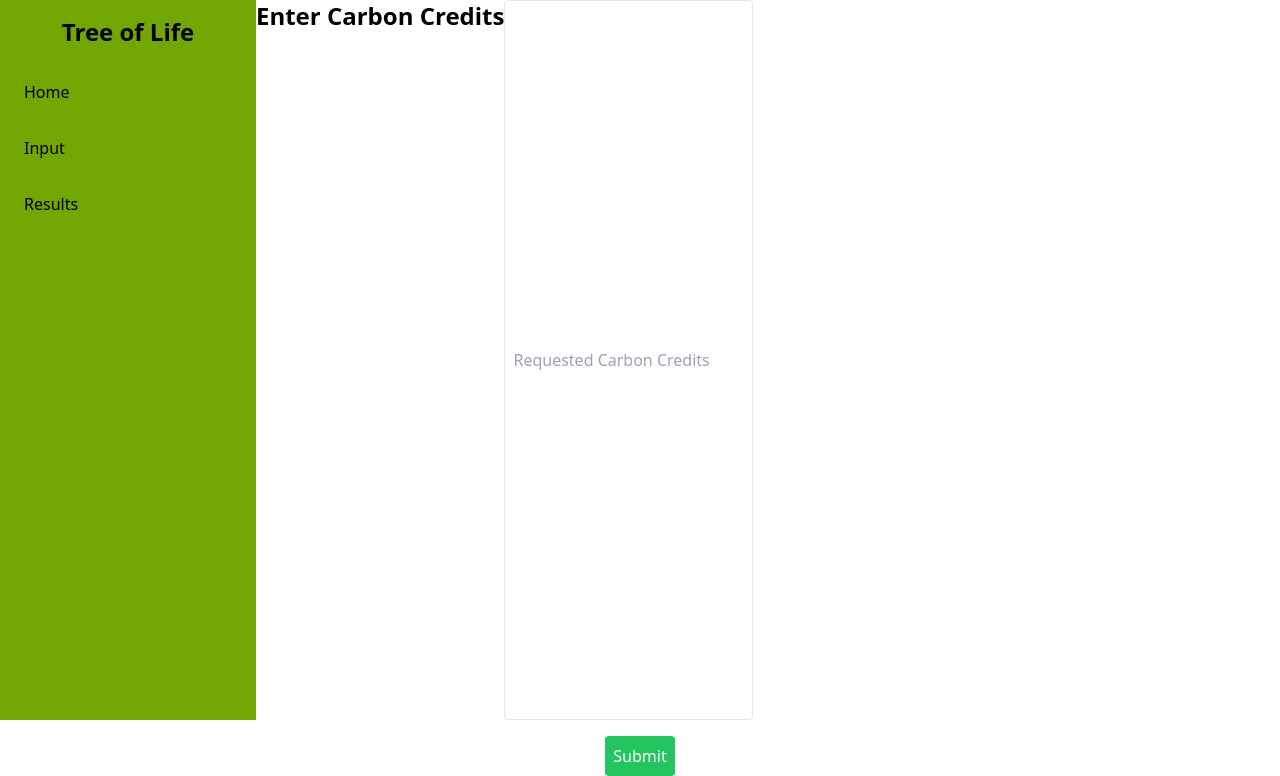
Repository: kayacancode/tolgrainger
Page: /input
These files come from the project's save history. The page is drawn as it stood at one moment and after the next save; the edit follows.
The browser window is 1280 px wide. The pictures show the whole page.
The project was rebuilt for these pictures with package versions that can differ from the ones it lists, and the page was loaded fresh each time. The framework's server and built-in components were replaced by stand-ins that run in the browser. Also part of the build but not shown: next.config.mjs.

Above is the page before, as saved 2024-10-23 16:40:15.

### src/app/input/page.tsx
"use client";


import { useState } from "react";
import { useRouter } from "next/navigation";
import Sidebar from "@/components/Sidebar";

export default function CarbonInputPage() {
  const [credits, setCredits] = useState<number | "">("");
  const router = useRouter();

  const handleSubmit = (e: React.FormEvent) => {
    e.preventDefault();
    router.push("/result");
  };

  return (
    <form onSubmit={handleSubmit} className="space-y-4 text-center">
      <div className="flex">
        <Sidebar />
      <h2 className="text-2xl font-bold">Enter Carbon Credits</h2>
      <input
        type="number"
        placeholder="Requested Carbon Credits"
        value={credits}
        onChange={(e) => setCredits(e.target.value)}
        className=" p-2 border rounded"
      />
      </div>
      <button type="submit" className="bg-green-500 text-white p-2 rounded">
        Submit
      </button>
    </form>
  );
}

### src/components/SideBar.tsx
// components/Sidebar.tsx
"use client";

import React, { useState } from 'react';
import { useRouter } from 'next/navigation';

const Sidebar = () => {
  const router = useRouter();
  const [active, setActive] = useState<string>("");

  const handleNavigation = (path: string) => {
    setActive(path);
    router.push(path);
  };

  const links = [
    { name: "Home", path: "/" },
    { name: "Input", path: "/input" },
    { name: "Results", path: "/result" },
  ];

  return (
    <div className="w-64 h-screen bg-[#72A603] text-black flex flex-col">
      <h2 className="text-center text-2xl font-bold py-4">Tree of Life</h2>
      <nav className="flex-1">
        <ul>
          {links.map((link) => (
            <li key={link.path} className="py-2 px-4">
              <button
                className={`w-full text-left p-2 rounded hover:bg-gray-700 ${
                  active === link.path ? "bg-gray-700" : ""
                }`}
                onClick={() => handleNavigation(link.path)}
              >
                {link.name}
              </button>
            </li>
          ))}
        </ul>
      </nav>
    </div>
  );
};

export default Sidebar;

### tailwind.config.js
/** @type {import('tailwindcss').Config} */
module.exports = {
  content: [
    "./src/**/*.{js,jsx,ts,tsx}", // Include all your React components
    "./public/index.html",
  ],
  theme: {
    extend: {},
  },
  plugins: [],
};

Loaded but not shown: src/app/layout.tsx (common file); src/app/globals.css (common file)

After the next save:
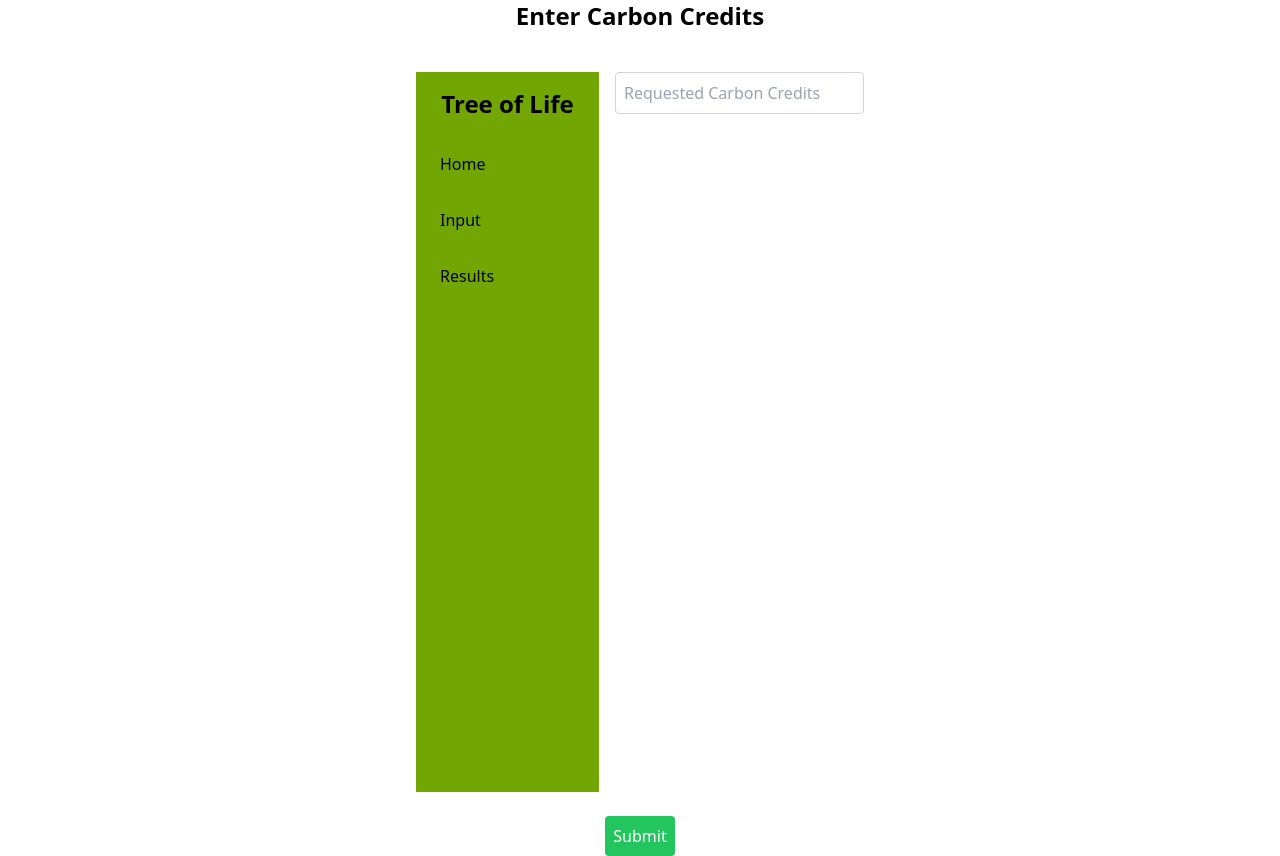
Saved 2 min 15 s later.
--- a/src/app/input/page.tsx
+++ b/src/app/input/page.tsx
@@ -15,21 +15,27 @@
   };
 
   return (
-    <form onSubmit={handleSubmit} className="space-y-4 text-center">
-      <div className="flex">
-        <Sidebar />
-      <h2 className="text-2xl font-bold">Enter Carbon Credits</h2>
-      <input
-        type="number"
-        placeholder="Requested Carbon Credits"
-        value={credits}
-        onChange={(e) => setCredits(e.target.value)}
-        className=" p-2 border rounded"
-      />
+    <form onSubmit={handleSubmit} className="space-y-6 text-center flex flex-col items-center">
+    <h2 className="text-2xl font-bold mb-4">Enter Carbon Credits</h2>
+    <div className="flex w-full max-w-md">
+      <Sidebar />
+      <div className="flex-1 ml-4">
+        <input
+          type="number"
+          placeholder="Requested Carbon Credits"
+          value={credits}
+          onChange={(e) => setCredits(e.target.value)}
+          className="p-2 border border-gray-300 rounded focus:outline-none focus:ring-2 focus:ring-green-500"
+        />
       </div>
-      <button type="submit" className="bg-green-500 text-white p-2 rounded">
-        Submit
-      </button>
-    </form>
+    </div>
+    <button
+      type="submit"
+      className="bg-green-500 text-white p-2 rounded hover:bg-green-600 transition"
+    >
+      Submit
+    </button>
+  </form>
+
   );
 }

After the save that followed:
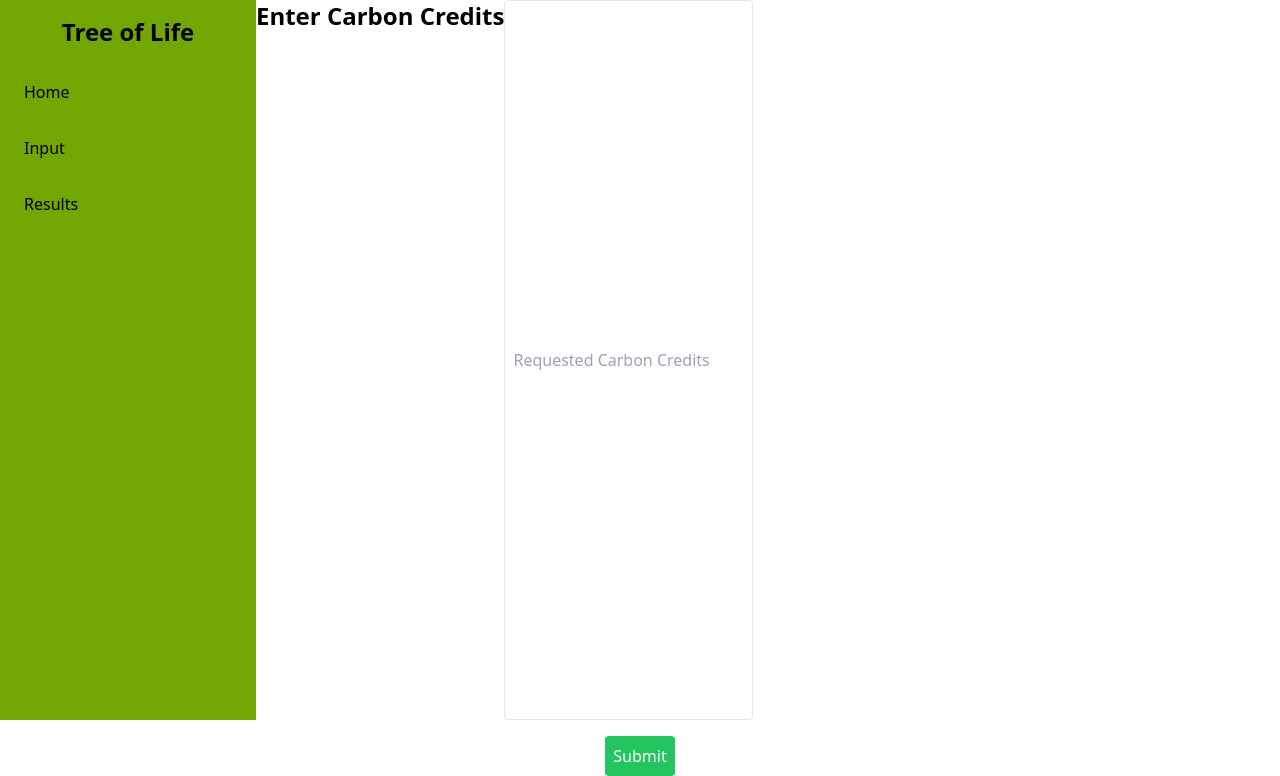
Saved 16 s later.
--- a/src/app/input/page.tsx
+++ b/src/app/input/page.tsx
@@ -15,27 +15,21 @@
   };
 
   return (
-    <form onSubmit={handleSubmit} className="space-y-6 text-center flex flex-col items-center">
-    <h2 className="text-2xl font-bold mb-4">Enter Carbon Credits</h2>
-    <div className="flex w-full max-w-md">
-      <Sidebar />
-      <div className="flex-1 ml-4">
-        <input
-          type="number"
-          placeholder="Requested Carbon Credits"
-          value={credits}
-          onChange={(e) => setCredits(e.target.value)}
-          className="p-2 border border-gray-300 rounded focus:outline-none focus:ring-2 focus:ring-green-500"
-        />
+    <form onSubmit={handleSubmit} className="space-y-4 text-center">
+      <div className="flex">
+        <Sidebar />
+      <h2 className="text-2xl font-bold">Enter Carbon Credits</h2>
+      <input
+        type="number"
+        placeholder="Requested Carbon Credits"
+        value={credits}
+        onChange={(e) => setCredits(e.target.value)}
+        className=" p-2 border rounded"
+      />
       </div>
-    </div>
-    <button
-      type="submit"
-      className="bg-green-500 text-white p-2 rounded hover:bg-green-600 transition"
-    >
-      Submit
-    </button>
-  </form>
-
+      <button type="submit" className="bg-green-500 text-white p-2 rounded">
+        Submit
+      </button>
+    </form>
   );
 }
